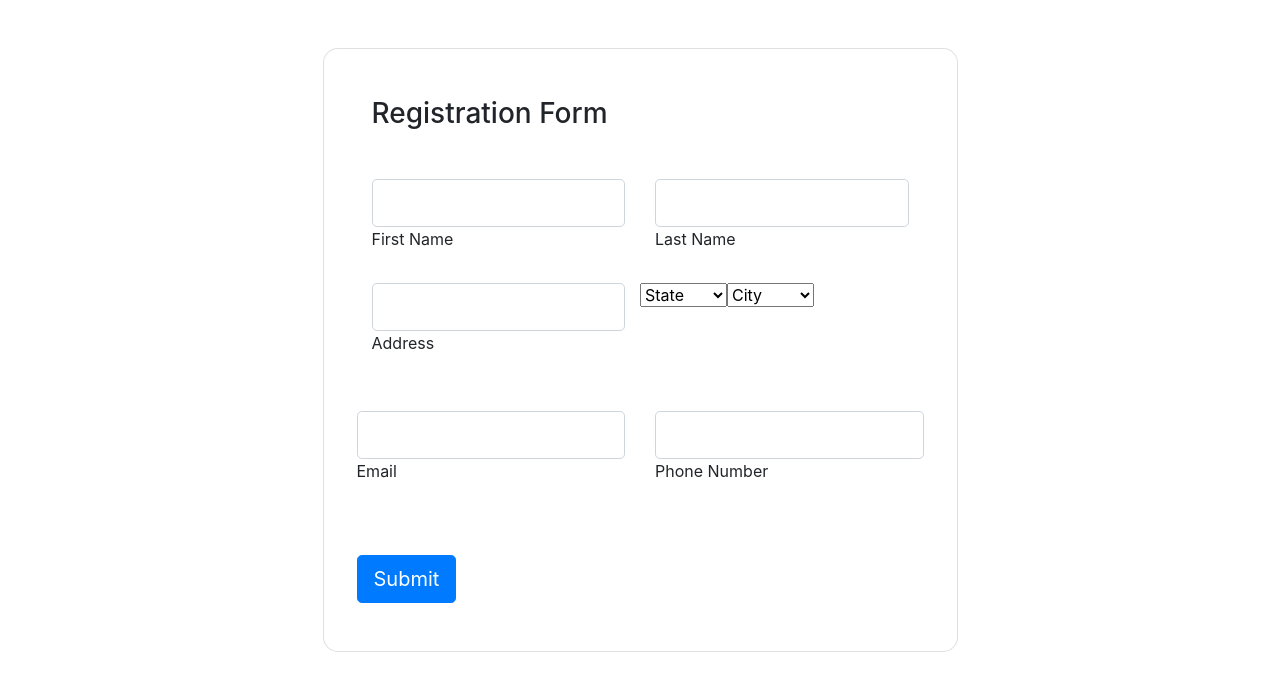
Repository: KeithKeithZ/libapp
Page: http://localhost/userRegister
The author's editor kept a copy of each file at every save. The page is drawn from the files as they stood at one save, then again after the next save.
The browser window is 1280 px wide. The pictures show the whole page.
The page is served by the project's Laravel application, run on PHP 8.4 with Laravel 8. Other server files are loaded and not shown.

Above is the page before, as saved 2021-12-03 11:03:00.

### routes/web.php
<?php

use Illuminate\Support\Facades\Route;

/*
|--------------------------------------------------------------------------
| Web Routes
|--------------------------------------------------------------------------
|
| Here is where you can register web routes for your application. These
| routes are loaded by the RouteServiceProvider within a group which
| contains the "web" middleware group. Now create something great!
|
*/

Route::get('/', function () {
    return view('welcome');
});

Route::get('/Users', function () {
    return view('users');
});

Route::get('/userLogin', function () {
    return view('userSignIn');
});

Route::get('/userRegister', function () {
    return view('userRegister');
});

### resources/views/userRegister.blade.php
<!DOCTYPE html>
<html lang="{{ str_replace('_', '-', app()->getLocale()) }}">
    <head>
        <title>Bootstrap Example</title>
        <meta charset="utf-8">
        <meta name="viewport" content="width=device-width, initial-scale=1">
        <link rel="stylesheet" href="https://stackpath.bootstrapcdn.com/bootstrap/4.1.3/css/bootstrap.min.css" integrity="sha384-MCw98/SFnGE8fJT3GXwEOngsV7Zt27NXFoaoApmYm81iuXoPkFOJwJ8ERdknLPMO" crossorigin="anonymous">
        <script src="https://code.jquery.com/jquery-3.3.1.slim.min.js" integrity="sha384-q8i/X+965DzO0rT7abK41JStQIAqVgRVzpbzo5smXKp4YfRvH+8abtTE1Pi6jizo" crossorigin="anonymous"></script>
        <script src="https://cdnjs.cloudflare.com/ajax/libs/popper.js/1.14.3/umd/popper.min.js" integrity="sha384-ZMP7rVo3mIykV+2+9J3UJ46jBk0WLaUAdn689aCwoqbBJiSnjAK/l8WvCWPIPm49" crossorigin="anonymous"></script>
        <script src="https://stackpath.bootstrapcdn.com/bootstrap/4.1.3/js/bootstrap.min.js" integrity="sha384-ChfqqxuZUCnJSK3+MXmPNIyE6ZbWh2IMqE241rYiqJxyMiZ6OW/JmZQ5stwEULTy" crossorigin="anonymous"></script>
    </head>

    <section class="vh-100 gradient-custom">
        <div class="container py-5 h-100">
            <div class="row justify-content-center align-items-center h-100">
            <div class="col-12 col-lg-9 col-xl-7">
                <div class="card shadow-2-strong card-registration" style="border-radius: 15px;">
                <div class="card-body p-4 p-md-5">
                    <h3 class="mb-4 pb-2 pb-md-0 mb-md-5">Registration Form</h3>
                    <form>

                    <div class="row">
                        <div class="col-md-6 mb-4">

                        <div class="form-outline">
                            <input type="text" id="firstName" class="form-control form-control-lg" />
                            <label class="form-label" for="firstName">First Name</label>
                        </div>

                        </div>
                        <div class="col-md-6 mb-4">

                        <div class="form-outline">
                            <input type="text" id="lastName" class="form-control form-control-lg" />
                            <label class="form-label" for="lastName">Last Name</label>
                        </div>

                        </div>
                    </div>

                    <div class="row">
                        <div class="col-md-6 mb-4 d-flex align-items-center">

                        <div class="form-outline mb-4">
                            <input type="text" id="form3Example8" class="form-control form-control-lg" />
                            <label class="form-label" for="form3Example8">Address</label>
                        </div>

                        </div>

                        <div class="row">
                            <div class="col-md-6 mb-4">
                                <select>
                                    <option value="1">State</option>
                                    <option value="2">Option 1</option>
                                    <option value="3">Option 2</option>
                                    <option value="4">Option 3</option>
                                </select>

                            </div>

                            <div class="form-outline mb-4">

                                <select class="select">
                                    <option value="1">City</option>
                                    <option value="2">Option 1</option>
                                    <option value="3">Option 2</option>
                                    <option value="4">Option 3</option>
                                </select>
                            </div>
                        </div>

                    <div class="row">
                        <div class="col-md-6 mb-4 pb-2">

                        <div class="form-outline">
                            <input type="email" id="emailAddress" class="form-control form-control-lg" />
                            <label class="form-label" for="emailAddress">Email</label>
                        </div>

                        </div>
                        <div class="col-md-6 mb-4 pb-2">

                        <div class="form-outline">
                            <input type="tel" id="phoneNumber" class="form-control form-control-lg" />
                            <label class="form-label" for="phoneNumber">Phone Number</label>
                        </div>

                        </div>
                    </div>

                    <div class="mt-4 pt-2">
                        <input class="btn btn-primary btn-lg" type="submit" value="Submit" />
                    </div>

                    </form>
                </div>
                </div>
            </div>
            </div>
        </div>
    </section>

</html>

After the next save:
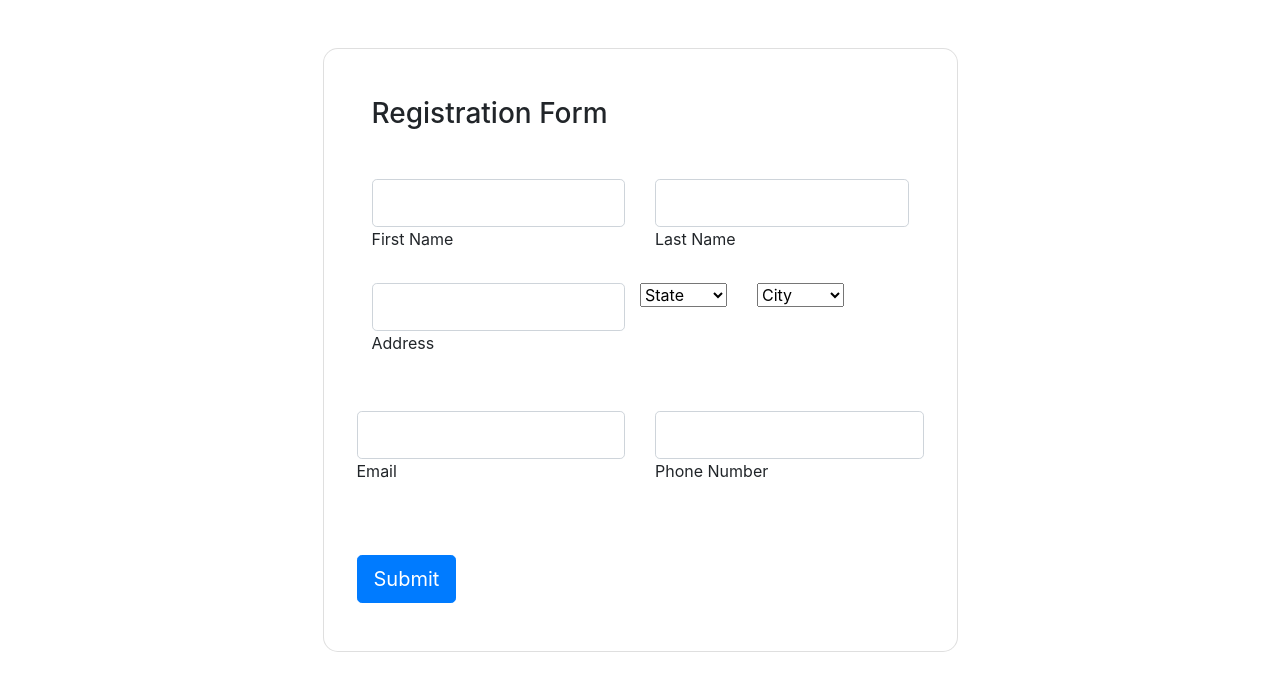
Saved 9 s later.
--- a/resources/views/userRegister.blade.php
+++ b/resources/views/userRegister.blade.php
@@ -59,7 +59,7 @@
 
                             </div>
 
-                            <div class="form-outline mb-4">
+                            <div class="col-md-6 mb-4">
 
                                 <select class="select">
                                     <option value="1">City</option>
